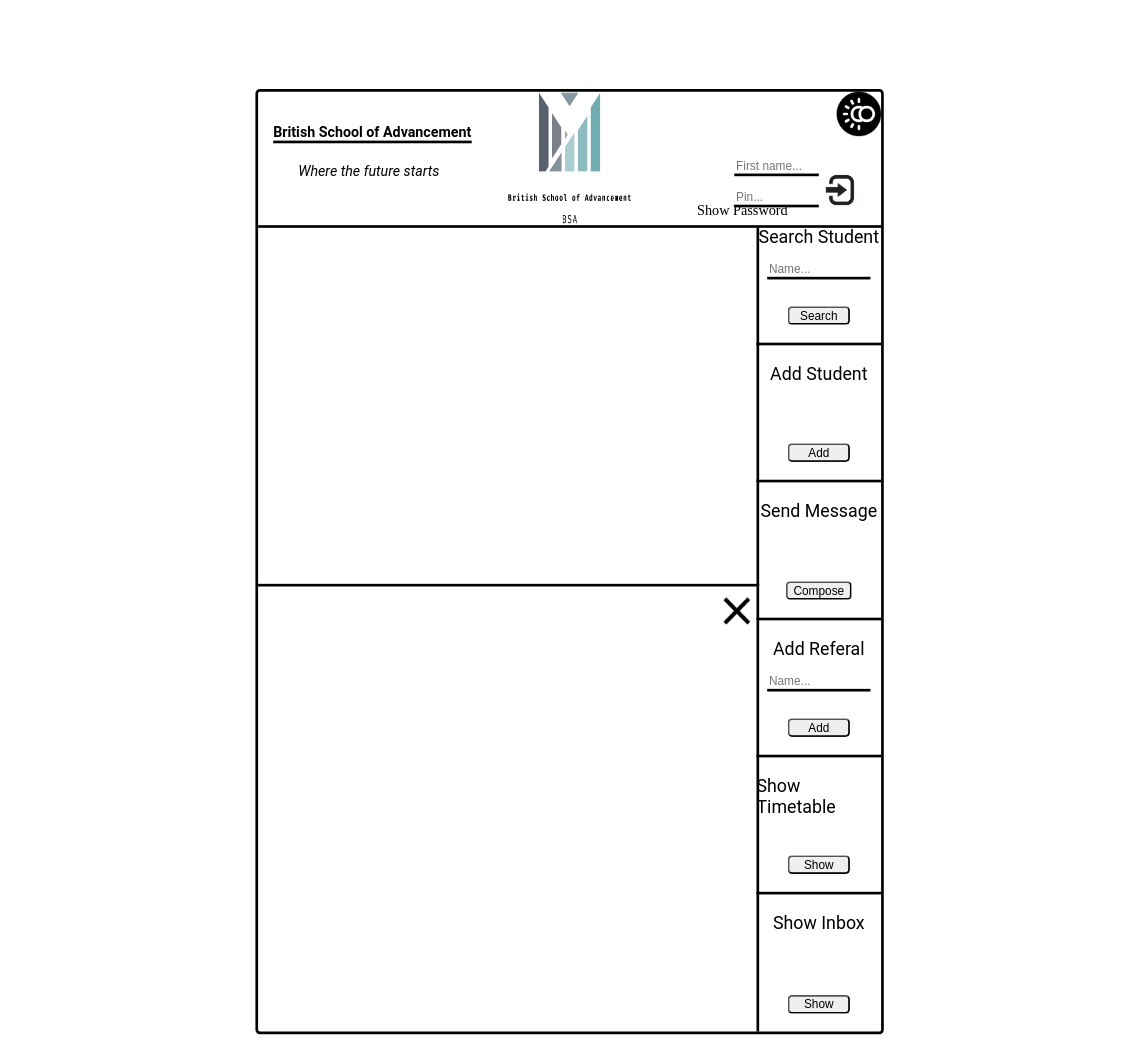
Repository: ghend99/Guardian-Application
Page: index.html
The author's editor kept a copy of each file at every save. The page is drawn from the files as they stood at one save, then again after the next save.
The browser window is 1280 px wide. The pictures show the whole page, at 89% of full size.

Above is the page before, as saved 2023-06-06 09:10:40.

After the next save:
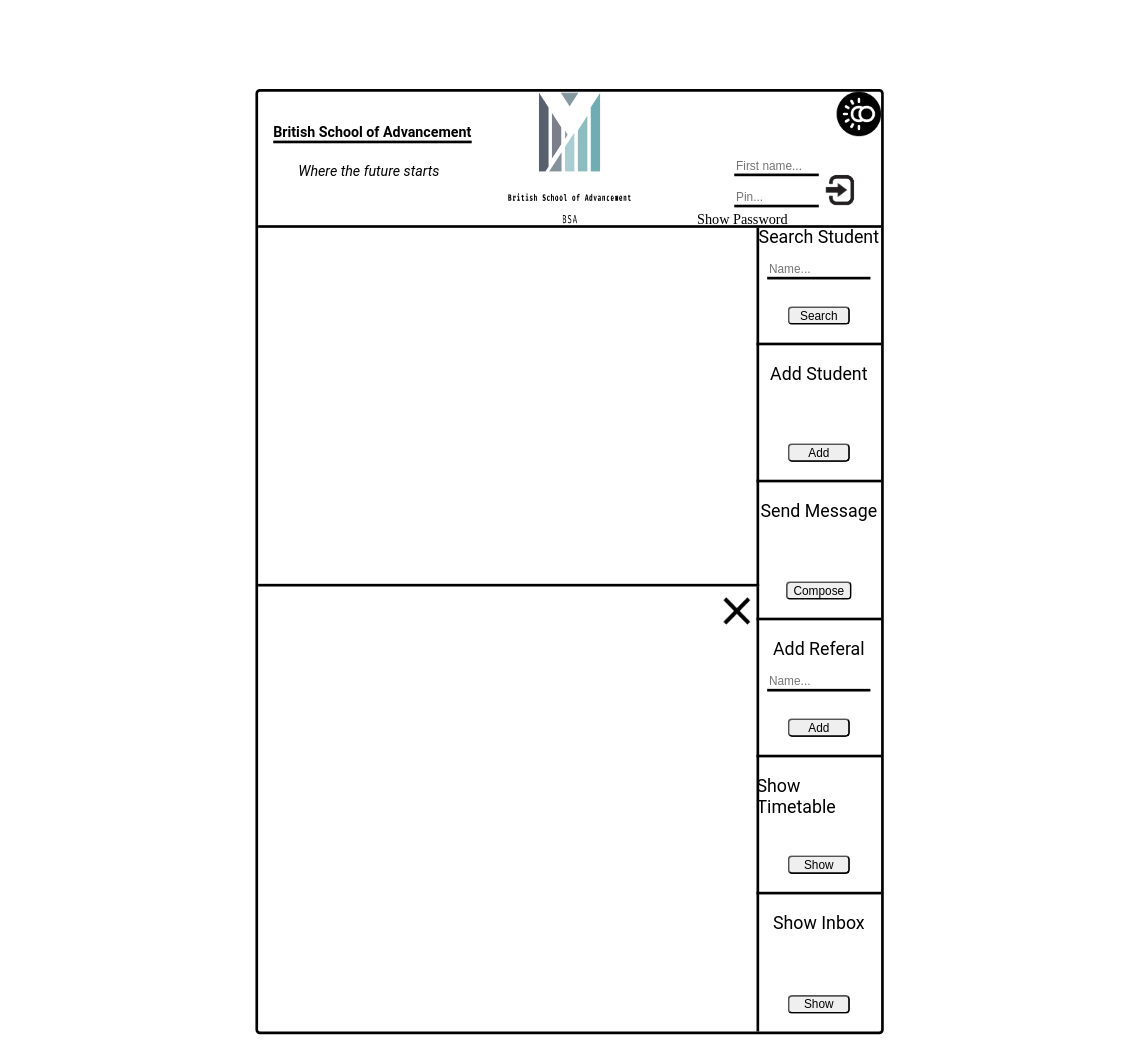
Saved 4 s later.
--- a/style.css
+++ b/style.css
@@ -99,7 +99,7 @@
 
 #show-password-header {
   position: absolute;
-  top: 125px;
+  top: 135px;
   right: 15%;
   margin: 0;
 }
